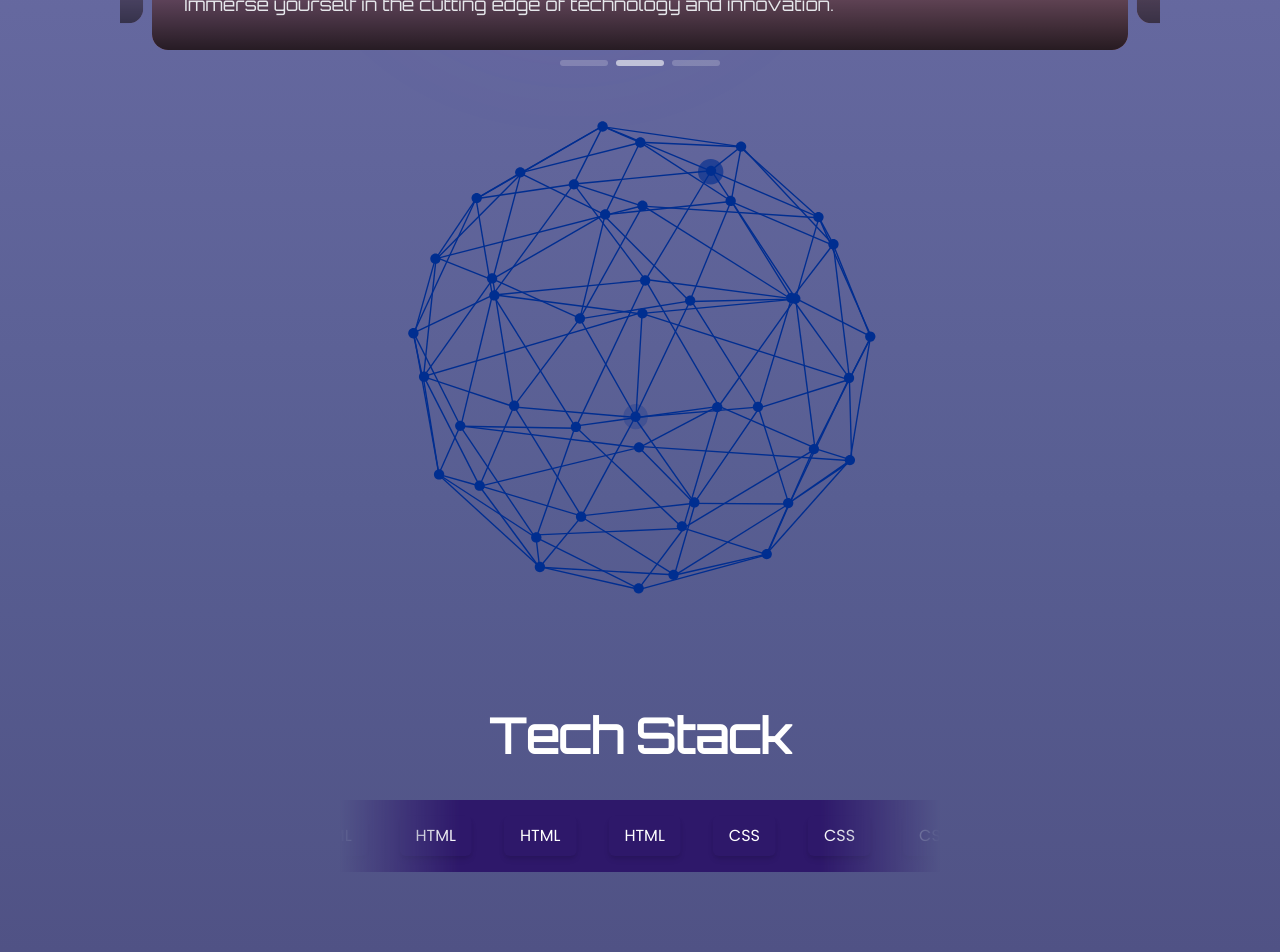
Repository: scorpios26/armel-web-dev
Page: /
An editor plug-in stored every save of this project. The page is shown before and after the next save, followed by the edit.
The browser window is 1280 px wide. The pictures show the part of the page from y = 2826 to 3778 px (the page is 3778 px tall).
Pictures or frames that could not be fetched are drawn as grey boxes. The project was rebuilt for these pictures with package versions that can differ from the ones it lists, and the page was loaded fresh each time. Also part of the build but not shown: vite.config.js, src/App.css.

Above is the page before, as saved 2025-11-26 22:05:50.

After the next save:
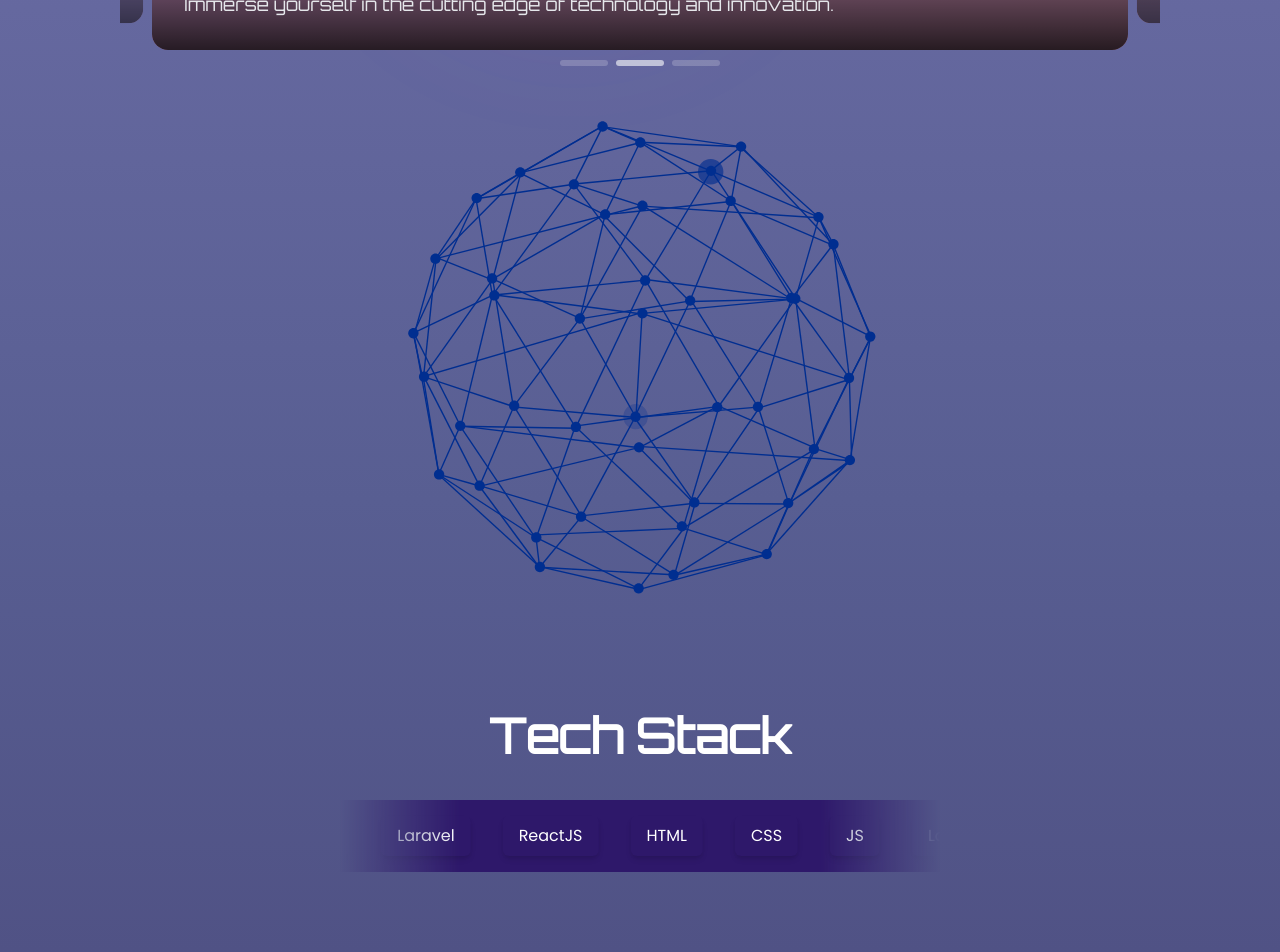
Saved 35 s later.
--- a/src/assets/components/TechCarousel.jsx
+++ b/src/assets/components/TechCarousel.jsx
@@ -14,38 +14,36 @@ export default function TechCarousel() {
     const scrollerInner = scroller.querySelector(".scroller__inner");
     const scrollerContent = Array.from(scrollerInner.children);
 
-    // Duplicate each item twice for seamless looping
     scrollerContent.forEach((item) => {
-      for (let i = 0; i < 2; i++) {
-        const duplicatedItem = item.cloneNode(true);
-        duplicatedItem.setAttribute("aria-hidden", "true");
-        scrollerInner.appendChild(duplicatedItem);
-      }
+      const duplicatedItem = item.cloneNode(true);
+      duplicatedItem.setAttribute("aria-hidden", "true");
+      scrollerInner.appendChild(duplicatedItem);
     });
   }, []);
 
   return (
-    <section
-      id="stack"
-      className="py-20 text-white flex flex-col items-center"
+    <section id="stack" className="py-20 S text-white flex flex-col items-center">
+      <h2 className="text-4xl lg:text-5xl font-bold text-center mb-10 font-orbitron">Tech Stack</h2>
+      <div ref={scrollerRef} className="scroller overflow-hidden w-full flex justify-center">
+        <ul className="scroller__inner flex w-max space-x-4 bg-[#2E186A]">
+  {["HTML", "CSS", "JS", "Laravel", "ReactJS"].map((tech) => (
+    <li
+      key={`first-${tech}`}
+      className="px-4 py-2 bg-primary-400 rounded-md shadow-md transition-transform duration-300 hover:scale-110"
     >
-      <h2 className="text-4xl lg:text-5xl font-bold text-center mb-10 font-orbitron">
-        Tech Stack
-      </h2>
-      <div
-        ref={scrollerRef}
-        className="scroller overflow-hidden w-full flex justify-center"
-      >
-        <ul className="scroller__inner flex w-max space-x-4 bg-[#2E186A]">
-          {["HTML", "CSS", "JS", "Laravel", "ReactJS"].map((tech) => (
-            <li
-              key={tech}
-              className="px-4 py-2 bg-primary-400 rounded-md shadow-md transition-transform duration-300 hover:scale-110"
-            >
-              {tech}
-            </li>
-          ))}
-        </ul>
+      {tech}
+    </li>
+  ))}
+  {["HTML", "CSS", "JS", "Laravel", "ReactJS"].map((tech) => (
+    <li
+      key={`second-${tech}`}
+      className="px-4 py-2 bg-primary-400 rounded-md shadow-md transition-transform duration-300 hover:scale-110"
+      aria-hidden="true"
+    >
+      {tech}
+    </li>
+  ))}
+</ul>
       </div>
     </section>
   );
